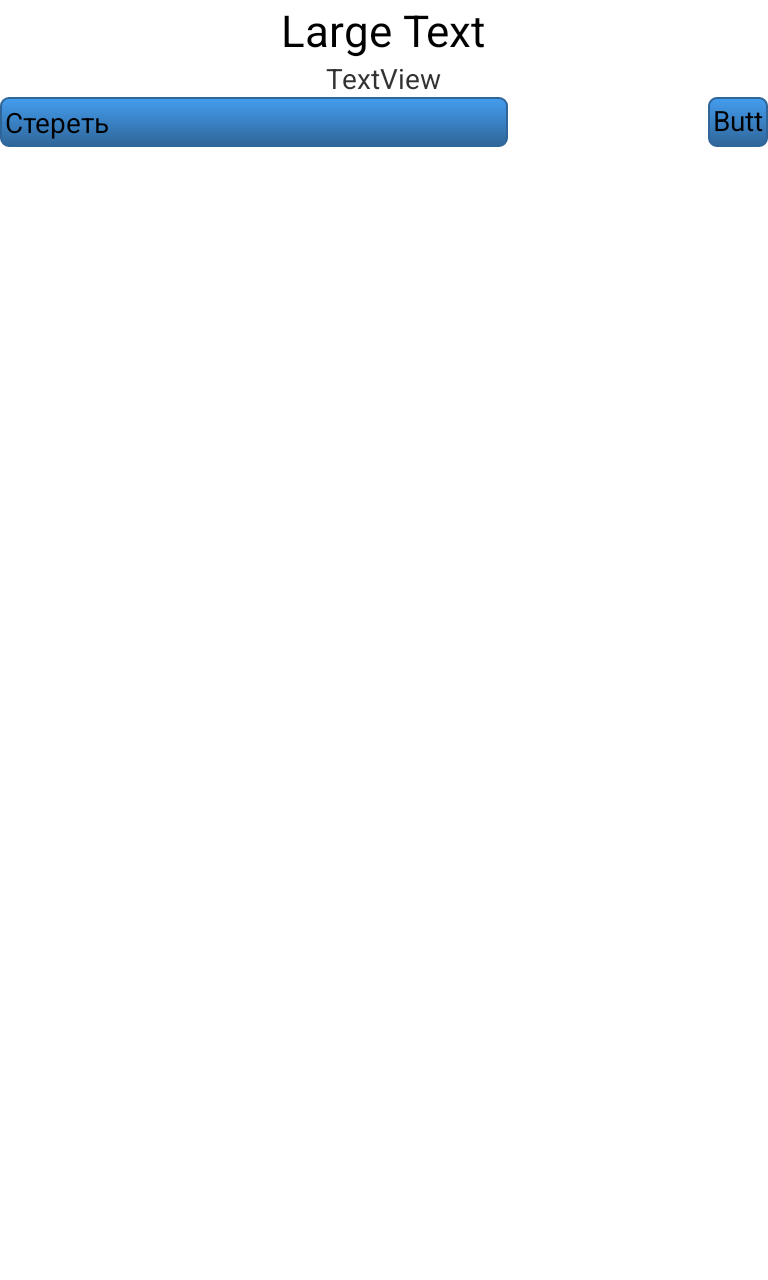
Repository: pcombi/android_dev
Layout: EnglishGrammar/res/layout/tests.xml
The author's editor kept a copy of each file at every save. The layout is drawn from the files as they stood at one save, then again after the next save.
It is drawn on a 768 x 1280 px phone screen (xhdpi) without system bars, with theme AppTheme; the app's code is not run.

Above is the layout before, as saved 2012-12-29 03:59:26.

### EnglishGrammar/res/layout/tests.xml
<?xml version="1.0" encoding="utf-8"?>
<LinearLayout xmlns:android="http://schemas.android.com/apk/res/android"
    android:layout_width="match_parent"
    android:layout_height="match_parent"
    android:orientation="vertical" >

    <TextView
        android:id="@+id/tvQuestion"
        android:layout_width="wrap_content"
        android:layout_height="wrap_content"
        android:layout_gravity="center"
        android:text="Large Text"
        android:textAppearance="?android:attr/textAppearanceLarge" />

    <TextView
        android:id="@+id/tvAnswer"
        android:layout_width="wrap_content"
        android:layout_height="wrap_content"
        android:layout_gravity="center"
        android:text="TextView" />

    <LinearLayout
        android:id="@+id/lAnswers"
        android:layout_width="match_parent"
        android:layout_height="wrap_content"
        android:orientation="vertical" >

        <LinearLayout
            android:id="@+id/lhorAnswers"
            android:layout_width="match_parent"
            android:layout_height="wrap_content"
            android:orientation="horizontal" >
        </LinearLayout>
    </LinearLayout>

    <LinearLayout
        android:id="@+id/llButtons"
        android:layout_width="fill_parent"
        android:layout_height="wrap_content"
        android:orientation="horizontal" >

        <Button
            android:id="@+id/bErase"
            style="?android:attr/buttonStyleSmall"
            android:layout_width="wrap_content"
            android:background="@drawable/btn_blue"
            android:layout_marginRight="100dp"
            android:paddingRight="200dp"
            android:layout_height="25dp"
            android:layout_gravity="left"
            android:text="@string/erase" />

        <Button
            android:id="@+id/button1"
            style="?android:attr/buttonStyleSmall"
            android:layout_width="wrap_content"
            android:layout_height="25dp"
            android:layout_gravity="right"
            android:background="@drawable/btn_blue"
            android:text="Button" />
    </LinearLayout>

    <LinearLayout
        android:id="@+id/buttonOptions1"
        android:layout_width="wrap_content"
        android:layout_height="wrap_content"
        android:orientation="vertical" >
    </LinearLayout>

    <LinearLayout
        android:id="@+id/buttonOptions2"
        android:layout_width="wrap_content"
        android:layout_height="wrap_content"
        android:orientation="vertical" >
    </LinearLayout>

    <LinearLayout
        android:id="@+id/buttonOptions3"
        android:layout_width="wrap_content"
        android:layout_height="wrap_content"
        android:orientation="vertical" >
    </LinearLayout>

    <LinearLayout
        android:id="@+id/buttonOptions4"
        android:layout_width="wrap_content"
        android:layout_height="wrap_content"
        android:orientation="vertical" >
    </LinearLayout>

</LinearLayout>

### EnglishGrammar/res/drawable/btn_blue.xml
<?xml version="1.0" encoding="utf-8"?>
<selector xmlns:android="http://schemas.android.com/apk/res/android">
    <item android:state_pressed="true" >
        <shape>
            <solid
                android:color="#449def" />
            <stroke
                android:width="1dp"
                android:color="#2f6699" />
            <corners
                android:radius="4dp" />
            <padding
                android:left="2dp"
                android:top="2dp"
                android:right="2dp"
                android:bottom="2dp" />
        </shape>
    </item>
    <item>
        <shape>
            <gradient
                android:startColor="#449def"
                android:endColor="#2f6699"
                android:angle="270" />
            <stroke
                android:width="1dp"
                android:color="#2f6699" />

            <corners
                android:radius="4dp" />
            <padding
                android:left="2dp"
                android:top="2dp"
                android:right="2dp"
                android:bottom="2dp" />
        </shape>
    </item>
</selector>

### EnglishGrammar/res/values/strings.xml
<resources>

    <string name="app_name">EnglishGrammar</string>
    <string name="lessons">Теория</string>
    <string name="tests">Тесты</string>
    <string name="exit">Выход</string>
    <string name="erase">Стереть</string>

</resources>

Loaded but not shown: EnglishGrammar/res/values/styles.xml (common file); EnglishGrammar/res/values-v11/styles.xml (common file); EnglishGrammar/res/values-v14/styles.xml (common file)

After the next save:
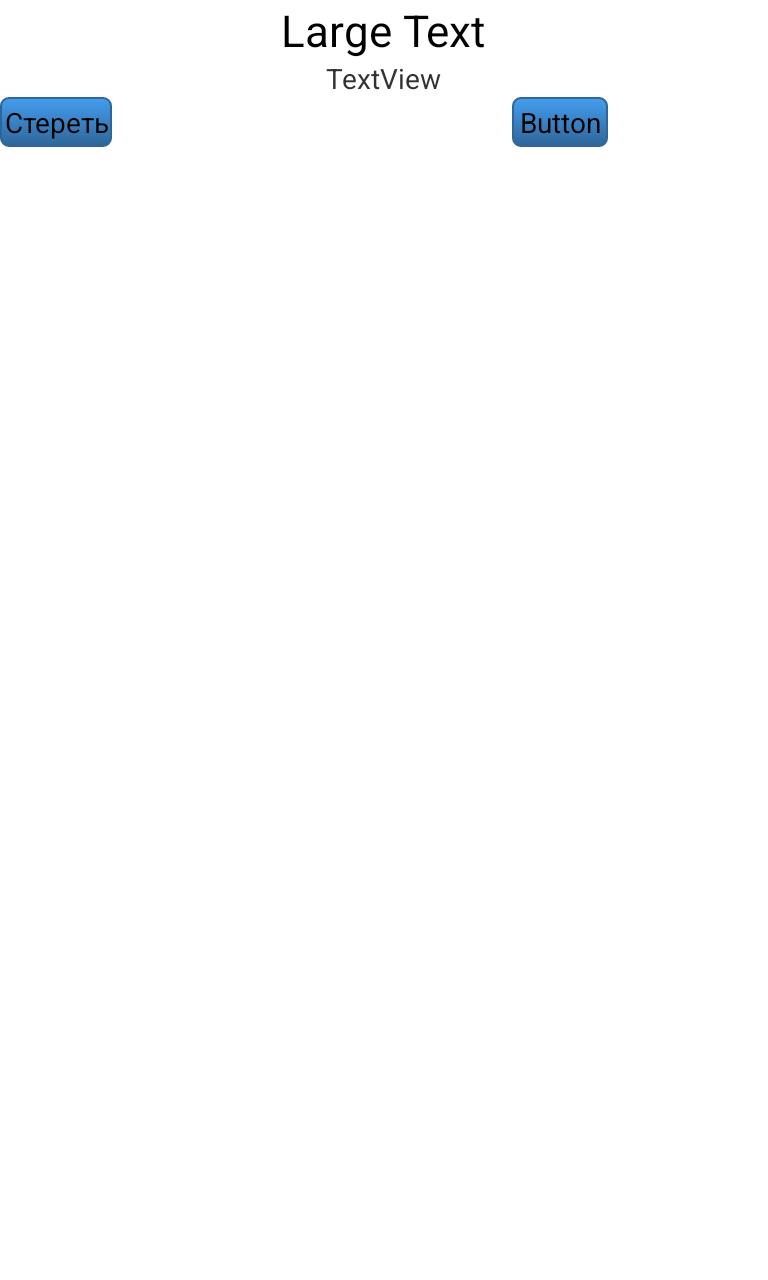
Saved 46 s later.
--- a/EnglishGrammar/res/layout/tests.xml
+++ b/EnglishGrammar/res/layout/tests.xml
@@ -44,8 +44,7 @@
             style="?android:attr/buttonStyleSmall"
             android:layout_width="wrap_content"
             android:background="@drawable/btn_blue"
-            android:layout_marginRight="100dp"
-            android:paddingRight="200dp"
+            android:layout_marginRight="200dp"
             android:layout_height="25dp"
             android:layout_gravity="left"
             android:text="@string/erase" />
